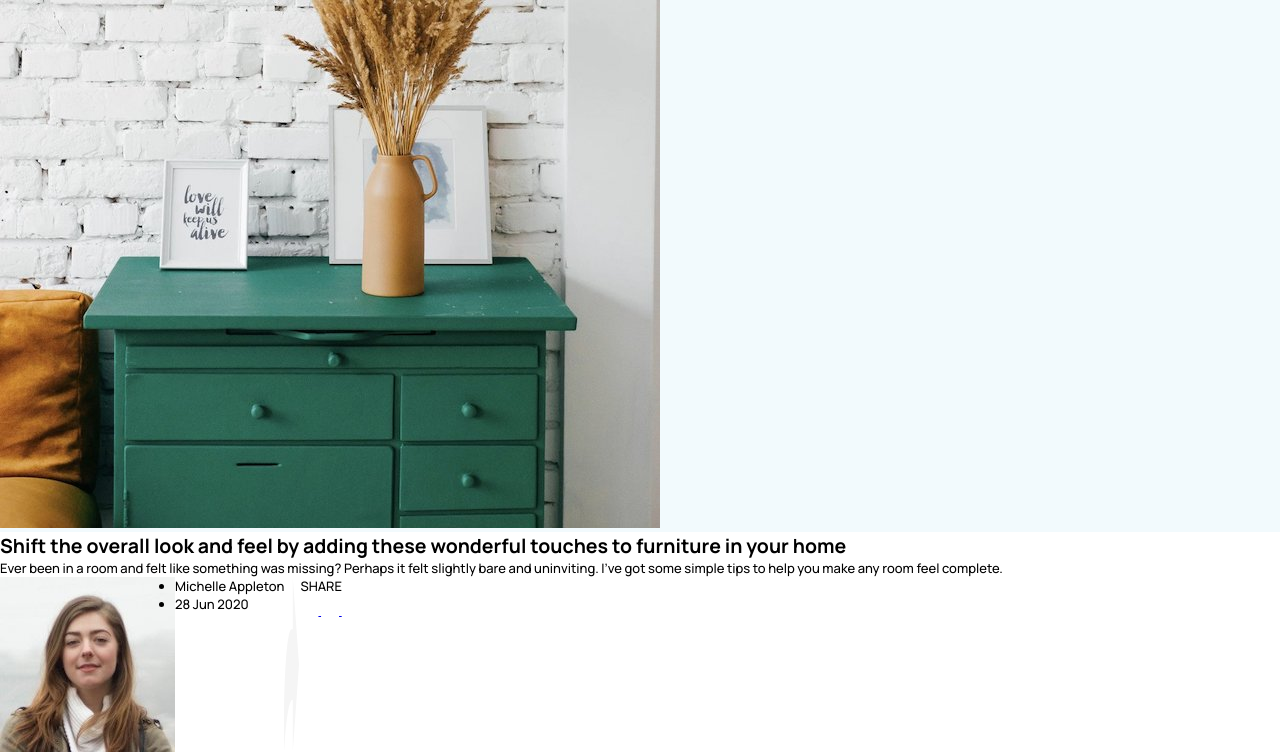
Repository: ellenliao95/frontend-mentor-solution
Page: article-preview-component-master/index.html
The author's editor kept a copy of each file at every save. The page is drawn from the files as they stood at one save, then again after the next save.
The browser window is 1280 px wide. The pictures show the whole page.

Above is the page before, as saved 2023-03-17 13:49:14.

### article-preview-component-master/index.html
<!DOCTYPE html>
<html lang="en">
<head>
  <meta charset="UTF-8">
  <meta name="viewport" content="width=device-width, initial-scale=1.0"> <!-- displays site properly based on user's device -->

<!-- fonts style -->
  <link rel="preconnect" href="https://fonts.googleapis.com">
  <link rel="preconnect" href="https://fonts.gstatic.com" crossorigin>
  <link href="https://fonts.googleapis.com/css2?family=Hanken+Grotesk:wght@700&family=Manrope:wght@500;700&family=Open+Sans:wght@500;700;800&family=Orbitron:wght@800&family=Outfit:wght@400;700&family=Roboto:wght@300&family=Shadows+Into+Light&display=swap" rel="stylesheet">

  <link rel="icon" type="image/png" sizes="32x32" href="./images/favicon-32x32.png">

  <title>Frontend Mentor | Article preview component</title>

  <link rel="stylesheet" href="index.css">
</head>
<body>
  <article>
    <picture>
      <source media="(min-width: 375px)" srcset="images/drawers.jpg">
      <img src="images/drawers.jpg" alt="" class="drawers-img">
    </picture>
  </article>

  <article class="container">
    <div>
      <h2>
        Shift the overall look and feel by adding these wonderful
        touches to furniture in your home
      </h2>
      <p>
        Ever been in a room and felt like something was missing? Perhaps it felt slightly bare and uninviting. I’ve got some simple tips to help you make any room feel complete.
      </p>
    </div>

    <div class="head-card">
      <img src="images/avatar-michelle.jpg" alt="me" id="head-img">
      <ul id="head-text">
        <li id="name">Michelle Appleton</li>
        <li>28 Jun 2020</li>
      </ul>


      <img
        src="images/icon-share.svg" alt="icon share" class="share-icon">


      <div class="share-dtl">
        <p>SHARE</p>
        <a href="#">
          <img src="images/icon-facebook.svg" alt="icon facebook ">
        </a>
        <a href="#">
          <img src="images/icon-twitter.svg" alt="icon twitter">
        </a>
        <a href="#">
          <img src="images/icon-pinterest.svg" alt="icon-pinterest">
        </a>
      </div>
    </div>
  </article>
</body>
</html>

### article-preview-component-master/index.css
.attribution {
    font-size: 11px; text-align: center;
}
.attribution a {
    color: hsl(228, 45%, 44%);
}

*{
    box-sizing: border-box;
    margin: 0%;
    padding: 0%;
}
body{
    min-height: 100vh;
    background: rgba(235, 248, 252, 0.625);
    Font-size: 13px;
    font-family: 'Manrope', sans-serif;

}
.drawers-img{
    max-width: 100%;
}
.container{
    background-color: white;
}
.head-card{
    display: flex;
}

### article-preview-component-master/images/icon-share.svg
<svg xmlns="http://www.w3.org/2000/svg" width="16" height="13"><path fill="whitesmoke" d="M15 6.495L8.766.014V3.88H7.441C3.33 3.88 0 7.039 0 10.936v2.049l.589-.612C2.59 10.294 5.422 9.11 8.39 9.11h.375v3.867L15 6.495z"/></svg>

After the next save:
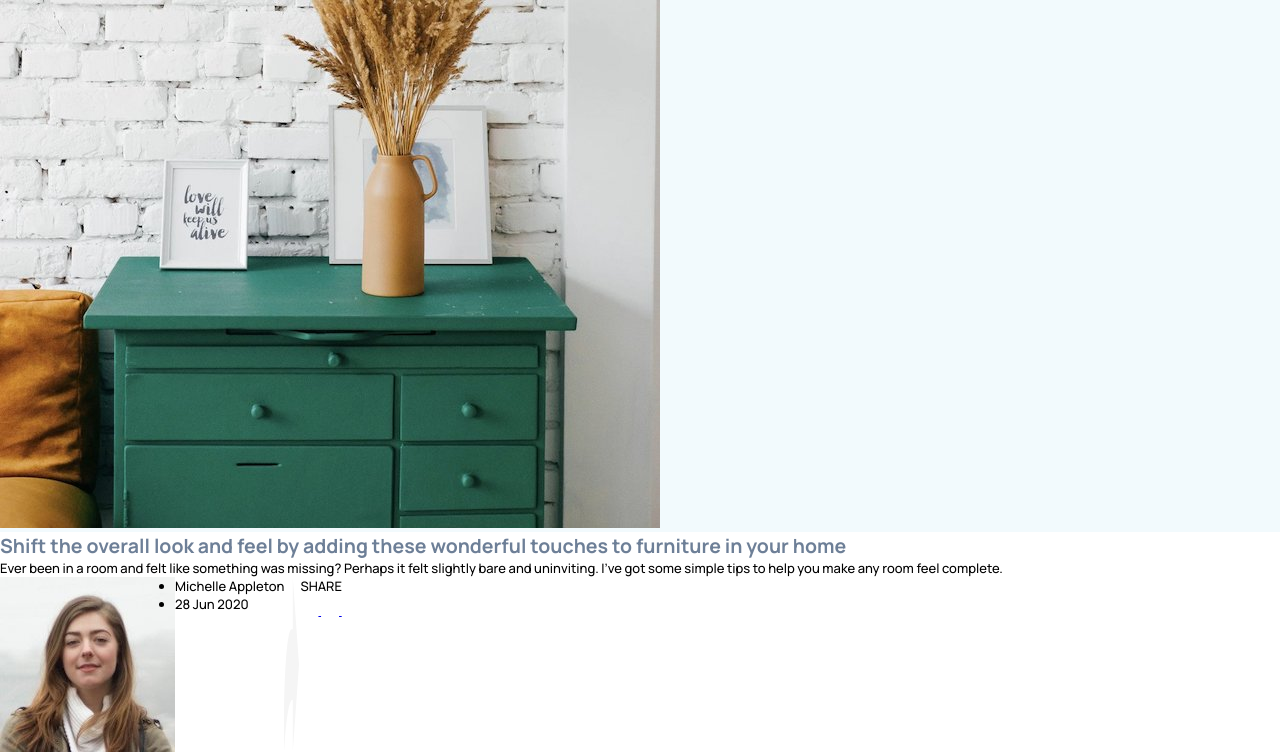
Saved 72 s later.
--- a/article-preview-component-master/index.css
+++ b/article-preview-component-master/index.css
@@ -17,6 +17,9 @@
     font-family: 'Manrope', sans-serif;
 
 }
+h2{
+    color: hsl(214, 17%, 51%);
+}
 .drawers-img{
     max-width: 100%;
 }
